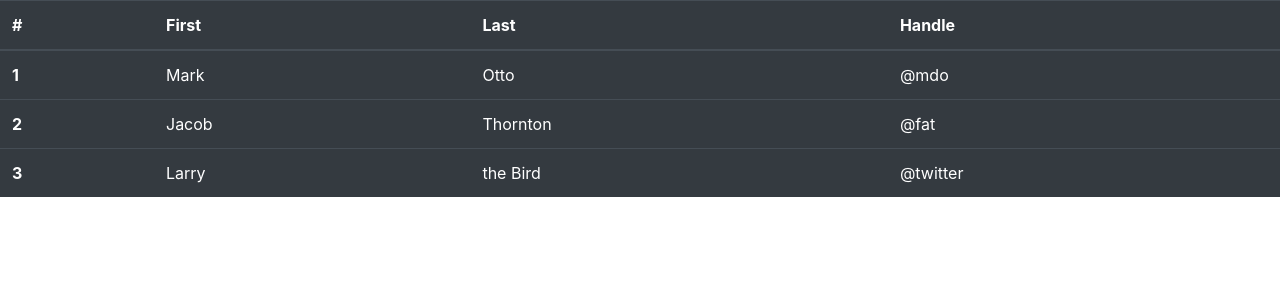
Repository: DhananjayaLakshan/PHP_CRUD_OOP1
Page: index.html
The author's editor kept a copy of each file at every save. The page is drawn from the files as they stood at one save, then again after the next save.
The browser window is 1280 px wide. The pictures show the whole page.

Above is the page before, as saved 2023-11-30 10:50:02.

After the next save:
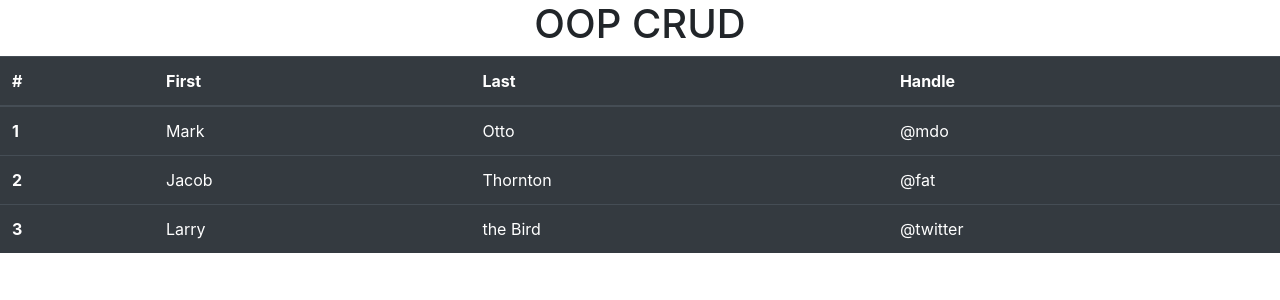
Saved 27 s later.
--- a/index.html
+++ b/index.html
@@ -9,6 +9,8 @@
     <script src="script.js"></script>
 </head>
 <body>
+
+    <h1 style="text-align: center;">OOP CRUD</h1>
 
     <table class="table table-dark">
         <thead>
